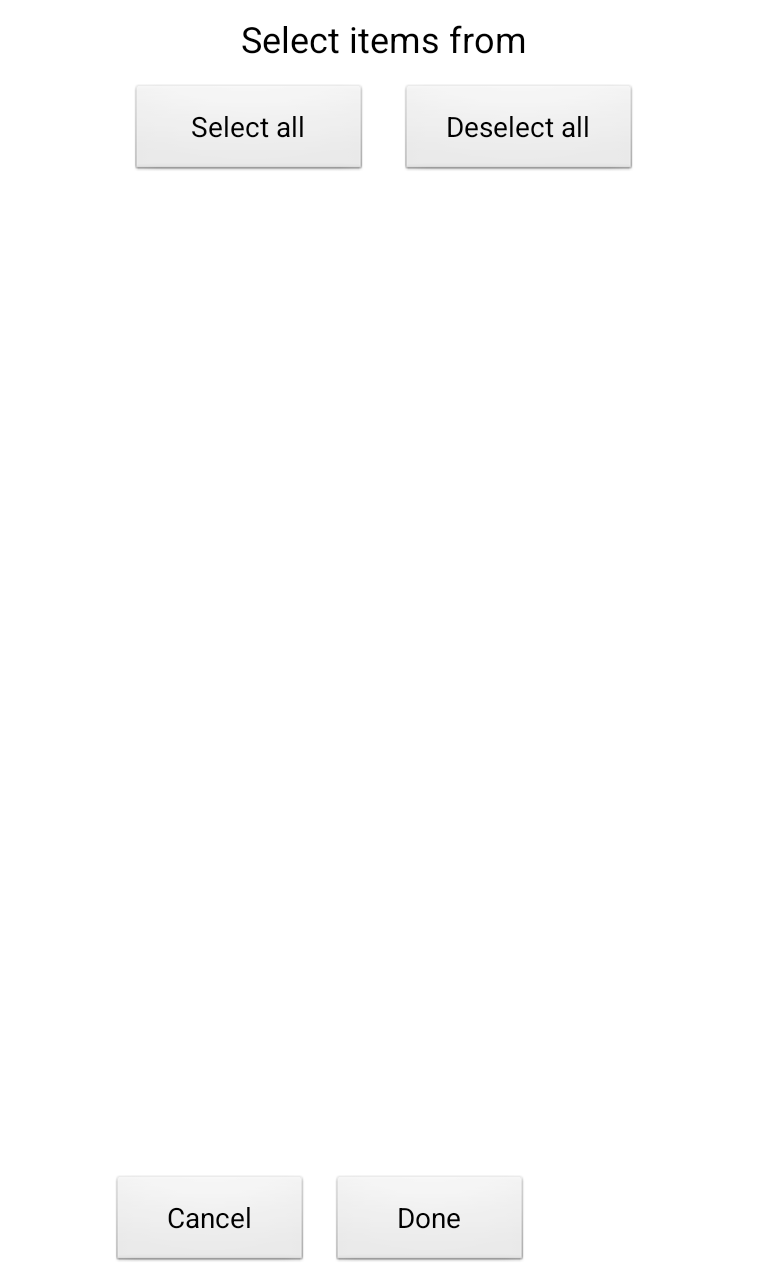
Repository: hakehuang/FITII
Layout: KinetisList/STM32List/res/layout/column_selector.xml
These files come from the project's save history. The layout is drawn as it stood at one moment and after the next save; the edit follows.
It is drawn on a 768 x 1280 px phone screen (xhdpi) without system bars, with theme android:Theme.Light.NoTitleBar; the app's code is not run.

Above is the layout before, as saved 2013-09-26 07:03:23.

After the next save:
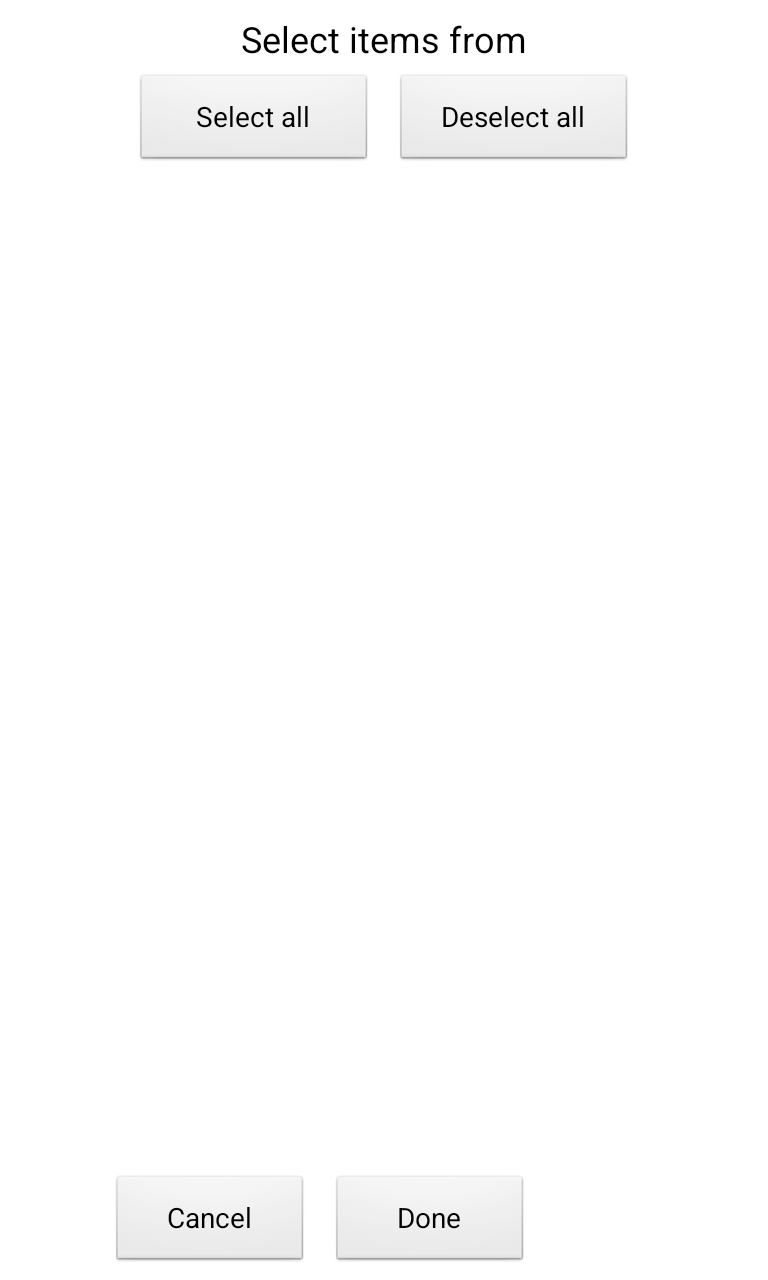
Saved 2 min 0 s later.
--- a/KinetisList/STM32List/res/layout/column_selector.xml
+++ b/KinetisList/STM32List/res/layout/column_selector.xml
@@ -29,20 +29,14 @@
             android:id="@+id/select_allitem"
             android:layout_width="120dp"
             android:layout_height="wrap_content"
-            android:layout_marginBottom="5dp"
-            android:layout_marginLeft="15dp"
             android:layout_marginRight="5dp"
-            android:layout_marginTop="5dp"
             android:text="@string/select_all" />
 
         <Button
             android:id="@+id/deselect_allitem"
             android:layout_width="120dp"
             android:layout_height="wrap_content"
-            android:layout_marginBottom="5dp"
-            android:layout_marginLeft="10dp"
-            android:layout_marginRight="15dp"
-            android:layout_marginTop="5dp"
+            android:layout_marginLeft="5dp"
             android:text="@string/deselect_all" />
     </LinearLayout>
 
